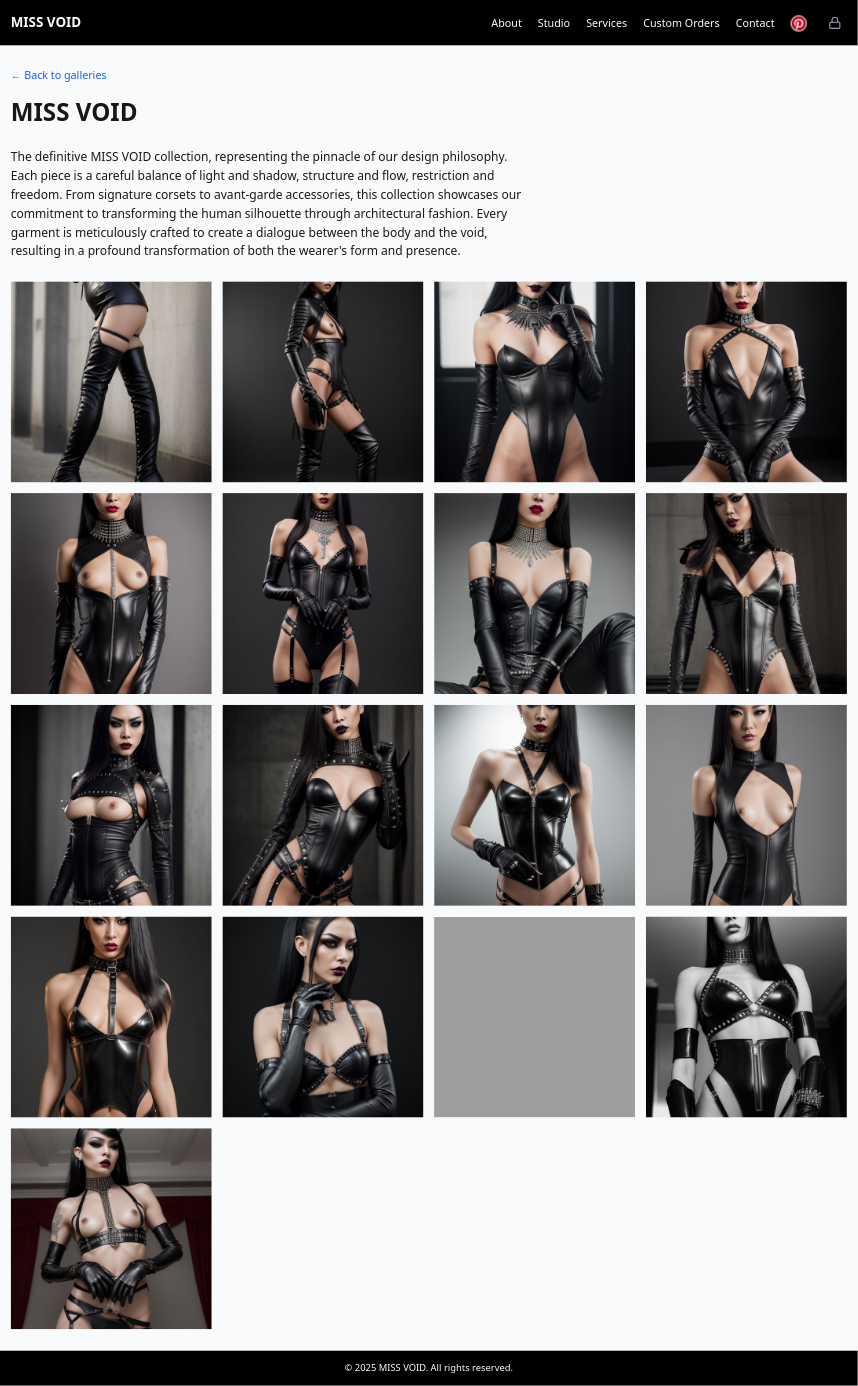
Repository: b0ase/missvoid2
Page: /gallery/miss-void
These files come from the project's save history. The page is drawn as it stood at one moment and after the next save; the edit follows.
The browser window is 1280 px wide. The pictures show the whole page, at 67% of full size.
Pictures or frames that could not be fetched are drawn as grey boxes. The project was rebuilt for these pictures with package versions that can differ from the ones it lists, and the page was loaded fresh each time. The framework's server and built-in components were replaced by stand-ins that run in the browser. Also part of the build but not shown: next.config.js, src/app/components/ImageUploader.tsx.

Above is the page before, as saved 2025-05-07 20:44:27.

After the next save:
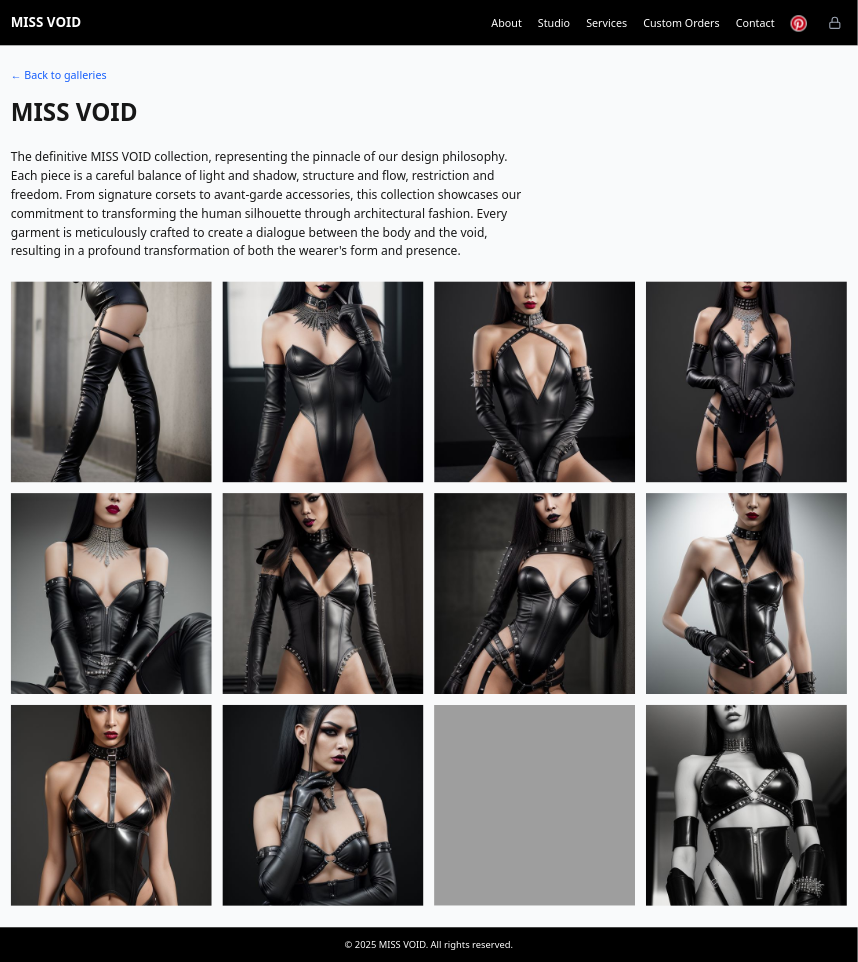
Saved 8 min 40 s later.
--- a/src/app/gallery/miss-void/page.tsx
+++ b/src/app/gallery/miss-void/page.tsx
@@ -118,10 +118,20 @@
     )
   ];
 
+  // Filter out deleted images
+  const deletedImages = [
+    "/images/miss-void/IMG_6556.JPG",
+    "/images/miss-void/IMG_7831.JPG",
+    "/images/miss-void/IMG_6954.JPG",
+    "/images/miss-void/IMG_6589.JPG",
+    "/images/miss-void/IMG_6574.JPG"
+  ];
+  const filteredItems = items.filter(item => !deletedImages.includes(item.src));
+
   return (
     <GalleryPage
       title="MISS VOID"
-      images={items}
+      images={filteredItems}
       description="The definitive MISS VOID collection, representing the pinnacle of our design philosophy. Each piece is a careful balance of light and shadow, structure and flow, restriction and freedom. From signature corsets to avant-garde accessories, this collection showcases our commitment to transforming the human silhouette through architectural fashion. Every garment is meticulously crafted to create a dialogue between the body and the void, resulting in a profound transformation of both the wearer's form and presence."
       galleryName="MISS VOID"
     />
